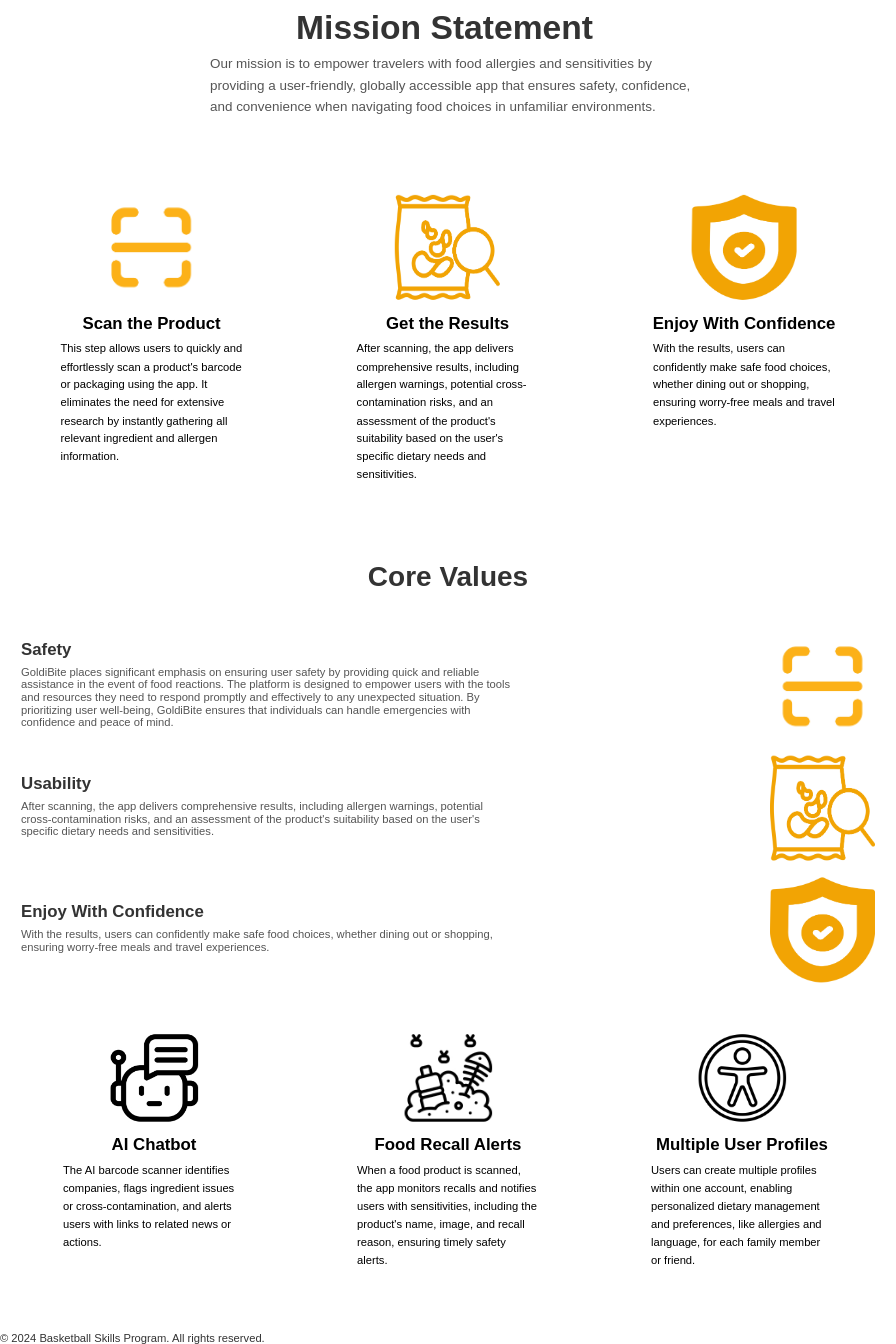
Repository: GavinPahal/landingpage
Page: /
An editor plug-in stored every save of this project. The page is shown before and after the next save, followed by the edit.
The browser window is 1280 px wide. The pictures show the part of the page from y = 759 to 2679 px (the page is 2679 px tall), at 70% of full size.
The project was rebuilt for these pictures with package versions that can differ from the ones it lists, and the page was loaded fresh each time. The framework's server and built-in components were replaced by stand-ins that run in the browser. Also part of the build but not shown: next.config.mjs.

Above is the page before, as saved 2024-11-28 18:57:36.

After the next save:
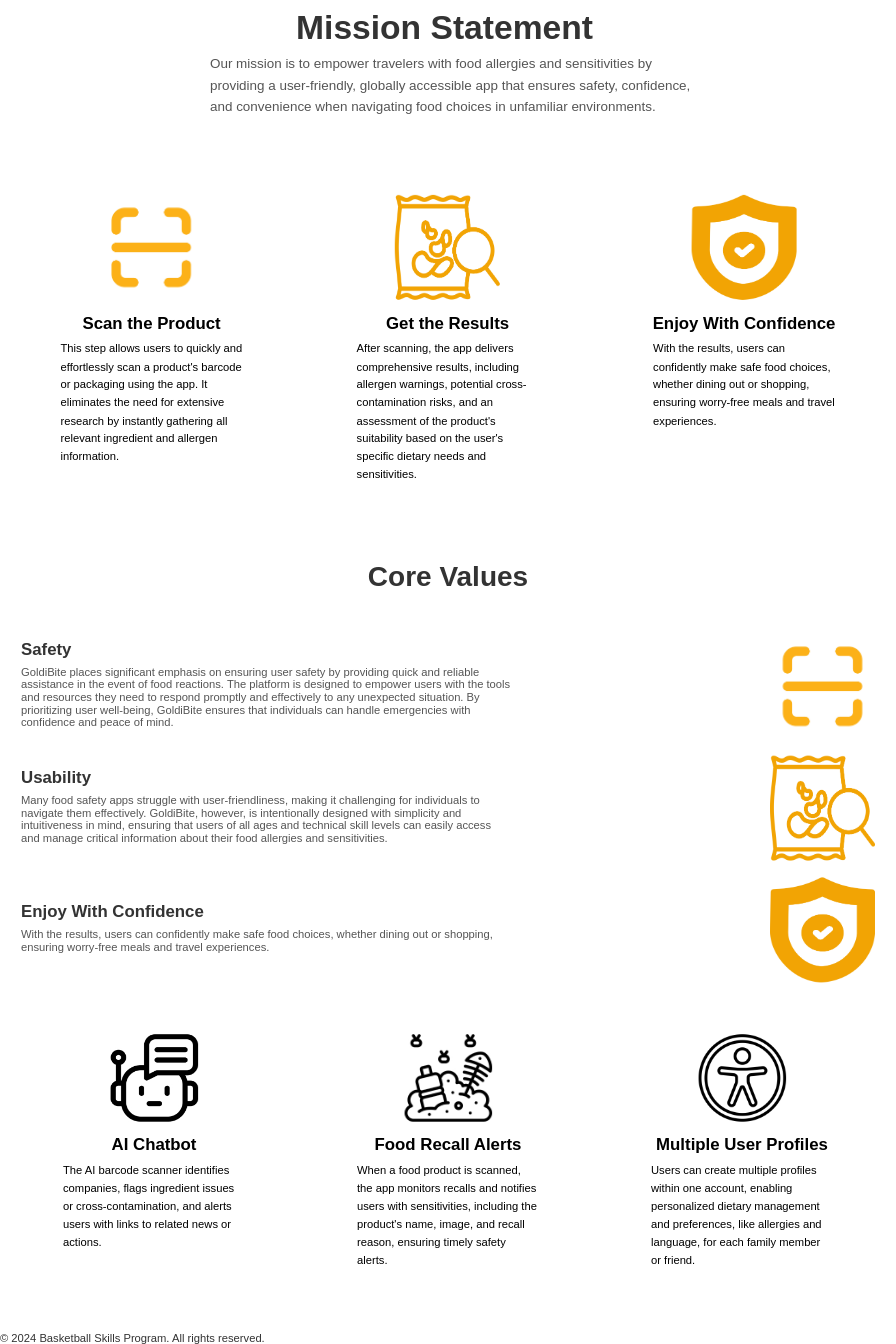
Saved 16 s later.
--- a/components/Value.js
+++ b/components/Value.js
@@ -29,8 +29,8 @@ export default function Features() {
           <div className="textContent">
             <h3>Usability</h3>
             <p>
-              After scanning, the app delivers comprehensive results, including allergen warnings, potential cross-contamination risks,
-              and an assessment of the product's suitability based on the user's specific dietary needs and sensitivities.
+            Many food safety apps struggle with user-friendliness, making it challenging for individuals to navigate them effectively. GoldiBite, however, is intentionally designed with simplicity and intuitiveness in mind, ensuring that users of all ages and technical skill levels can easily access and manage critical information about their food allergies and sensitivities.
+
             </p>
           </div>
           <div className="imageContent">
